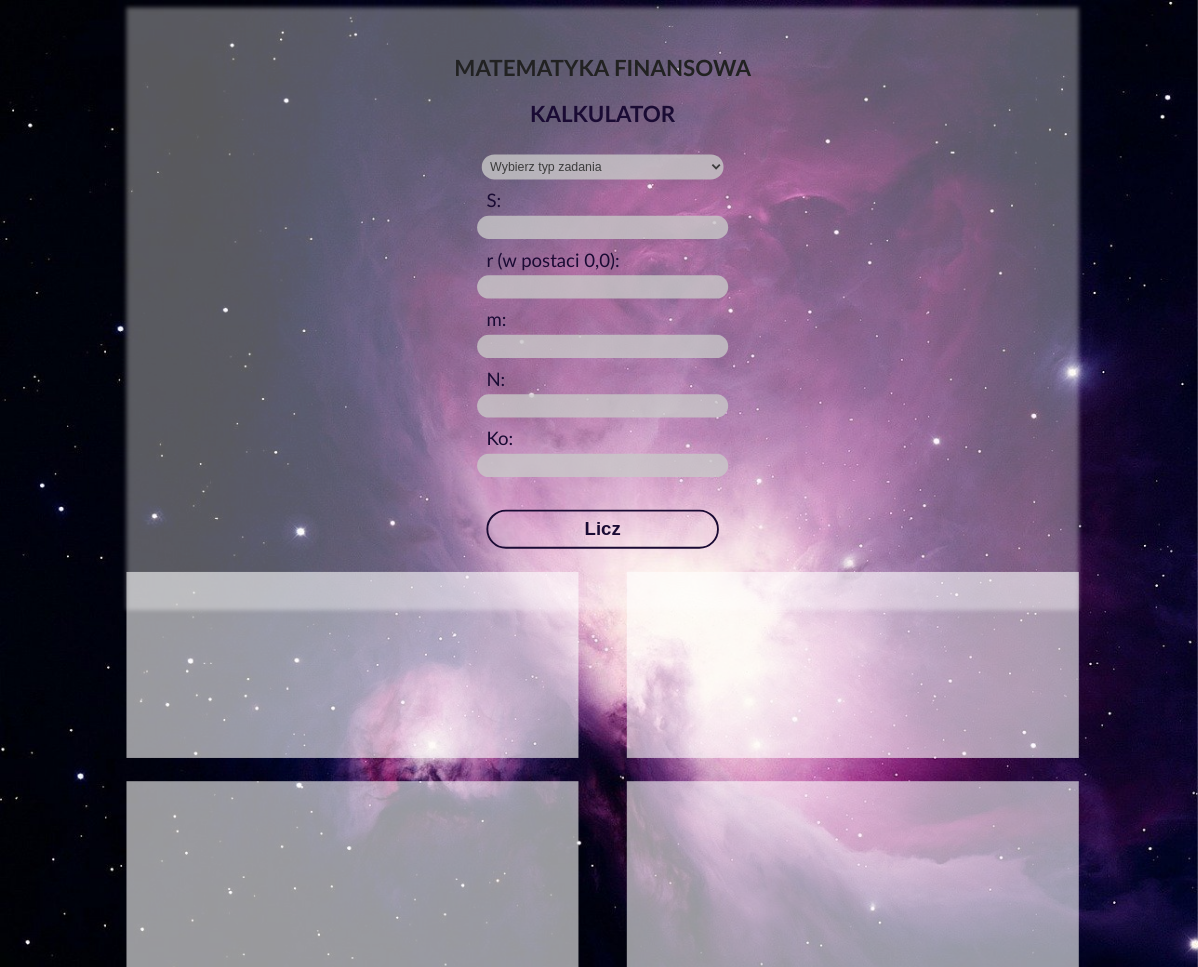
Repository: ravkita/MFCalc
Page: index.html
These files come from the project's save history. The page is drawn as it stood at one moment and after the next save; the edit follows.
The browser window is 1280 px wide. The page is 1288 px wide, so the pictures cover 1288 px, including what lies to the right of the window. The pictures show the whole page, at 93% of full size.

Above is the page before, as saved 2021-04-12 20:13:21.

### index.html
<!DOCTYPE html>
<html lang="en">
<head>
    <meta charset="UTF-8">
    <meta http-equiv="X-UA-Compatible" content="IE=edge">
    <meta name="viewport" content="width=device-width, initial-scale=1.0">
    <title>Kalkulator</title>

    <style type="text/css">
        body{
            font-family: 'Gill Sans', 'Gill Sans MT', Calibri, 'Trebuchet MS', sans-serif;
            background-image: url('bg.jpg');
            width: 100vw;
            overflow-x: hidden;
            display: flex;
            justify-content: center;
            align-items: center;
        }
        .popout{
            width: 80%;
            height: 90vh;
            position: relative;
        }
        .popout .bg{
            width: 100%;
            height: 100%;
            background: rgba(255, 255, 255, 0.35);
            filter: blur(2.55px);
            position: absolute;
            top: 0;
            left: 0;
            z-index: -1;
        }
        .header{
            width: 100%;
            display: flex;
            flex-direction: column;
            justify-content: center;
            align-items: center;
        }
        .title{
            color: #222;
            margin-top: 50px;
            margin-bottom: 10px;
        }
        .subtitle{
            margin-top: 10px;
            color: #1A0B34;
        }

        #form{
            display: flex;
            flex-direction: column;
            justify-content: center;
            align-items: center;
        }
        .formItem{
            display: flex;
            justify-content: flex-start;
            align-items: flex-start;
            flex-direction: column;
            margin-top: 10px;
        }
        select, input[type="number"]{
            width: calc(100vh/2 - 100px);
            outline: 0;
            border: 0;
            background: rgba(201, 201, 201, 0.8);
            border-radius: 20px;
            padding: 5px;
            color: #3d3d3d;
        }
        select:focus, input[type="number"]:focus{
            box-shadow: 0 4px 10px rgba(201, 201, 201, 0.35);
        }
        label{
            padding-left: 10px;
            padding-bottom: 5px;
            color: #1A0B34;
            font-size: 20px;
        }
        input[type="button"]{
            margin-top: 35px;
            background: transparent;
            width: 250px;
            border: solid 2px #1A0B34;
            color: #1A0B34;
            border-radius: 30px;
            font-size: 20px;;
            padding: 7.5px 0;
            font-weight: 600;
            outline: none;
            transition: all .3s ease-in;
        }
        input[type="button"]:hover{
            background: #1A0B34;
            color: #fff;
            cursor: pointer;
        }
        .result{
            width: 100%;
            display: flex;
            justify-content: space-between;
            align-items: center;
            flex-flow: row wrap;
        }
        .cell{
            width: 47.5%;
            min-height: 200px;
            background: rgba(255, 255, 255, 0.6);
            margin-top: 25px;
        }
    </style>
</head>
<body>
    <section class="popout">
        <div class="bg"></div>
        <header class="header">
            <h1 class="title">MATEMATYKA FINANSOWA</h1>
        <h2 class="subtitle">KALKULATOR</h2>
        </header>
        <form action="" id="form">
            <div class="formItem">
                <select name="type" id="typ">
                <option default>Wybierz typ zadania</option>
                <option value="1">zmienna rata</option>
                <option value="2">zmienne płatności</option>
                <option value="3">narastanie kapitału</option>
            </select>
            </div>
            <div class="formItem"><label for="S">S:</label> <input type="number" name="S" class="s"></div>
            <div class="formItem"><label for="r">r (w postaci 0,0):</label> <input type="number" name="r" class="r"></div>
            <div class="formItem"><label for="m">m:</label> <input type="number" name="m" class="m"></div>
            <div class="formItem"><label for="N">N:</label> <input type="number" name="N" class="N"></div>
            <div class="formItem"><label for="Ko">Ko:</label> <input type="number" name="Ko" class="Ko"></div>
            <input type="button" name="confirm" id="confirm" value="Licz">
        </form>
        <div class="result">
            <div class="cell cell-1"></div>
            <div class="cell cell-2"></div>
            <div class="cell cell-3"></div>
            <div class="cell cell-4"></div>
        </div>
    </section>
    <script type="text/javascript">
        let s;
        let r;
        let m;
        let N;
        let q;
        let a;
        let Ko;
        let Sn = [];

        // RATY


        function rataStała(){
            const el = document.createElement("p");
            let t = s/(m*N);
            el.innerText = `T: ${t}`;
            document.querySelector('.cell-1').appendChild(el);
        }
        function rataZmienna(){
            let tn = [];
            let sumaTn = 0;
                for(let i = 1; i<=N*m; i++){
                    const el = document.createElement("p");
                    tn[i-1] = s*((Math.pow(q, i) - Math.pow(q, i-1))/(Math.pow(q, m*N) - 1));
                    sumaTn += tn[i-1];
                    el.innerText = `T${i}: ${tn[i-1]}`;
                    document.querySelector('.cell-1').appendChild(el);
                }
                const suma = document.createElement("p");
            suma.innerText = `Suma rat: ${sumaTn}`;
            document.querySelector('.cell-1').appendChild(suma);
        }

        //KWOTA PŁATNOŚCI

        function kwotaPlatnosciStala(){
            const el = document.createElement("p");
            a = s*Math.pow(q, m*N)*((q-1)/(Math.pow(q, m*N)-1));
            el.innerText = `A: ${a}`;
            document.querySelector('.cell-2').appendChild(el);
        }
        function kwotaPlatnosciZmienna(){
            for(let i = 1; i<=N*m; i++){
                const el = document.createElement("p");
                let an = (s/(N*m))*[1+((N*m)-i+1)*(r/m)];
                el.innerText = `A${i}: ${an}`;
                document.querySelector('.cell-2').appendChild(el);
            }
        }

        // ODSETKI
        function odsetkiPrzyStalejRacie(){
            let sumaOs = 0;
            for(let i = 1; i<=N*m; i++){
                const el = document.createElement("p");
                let On = s*[1-((i-1)/(N*m))]*(r/m);
                sumaOs += On;
                el.innerText = `O${i}: ${On}`;
                document.querySelector('.cell-3').appendChild(el);
            }
            const suma = document.createElement("p");
            suma.innerText = `Suma odsetek: ${sumaOs}`;
            document.querySelector('.cell-3').appendChild(suma);
        }

        function odsetkiPrzyStalejKwocie(){
            saldoPrzyStałejKwocie();
            let On
            let sumaO = 0;
            for(let i = 1; i<=N*m; i++){
                const el = document.createElement("p");
                if(i === 1){
                     On = s*(r/m);
                     sumaO += On;
                }else{
                     On = Sn[i-2]*(r/m);
                     sumaO += On;
                }

                el.innerText = `O${i}: ${On}`;
                document.querySelector('.cell-3').appendChild(el);
            }
            const suma = document.createElement("p");
            suma.innerText = `Suma odsetek: ${sumaO}`;
            document.querySelector('.cell-3').appendChild(suma);
        }


        //SALDO
        function saldoPrzyStałejKwocie(){
            kwotaPlatnosciStala();
            for(let i = 1; i<=N*m; i++){
                const el = document.createElement("p");
                Sn[i-1] = s*(Math.pow((1+(r/m)), i)) - a*((Math.pow((1+(r/m)), i)-1)/((1+(r/m))-1));
                el.innerText = `S${i}: ${Sn[i-1]}`;
                document.querySelector('.cell-4').appendChild(el);
            }
        }

        function saldoPrzyStałejRacie(){
            for(let i = 1; i<=N*m; i++){
                const el = document.createElement("p");
                let SnS = s*(1-(i/(N*m)));
                el.innerText = `S${i}: ${SnS}`;
                document.querySelector('.cell-4').appendChild(el);
            }
        }


        //NARASTANIE KAPITAŁU

        function narastanieKapitału(){
            for(let i = 1; i<=N; i++){
                const el = document.createElement("p");
                let Kn = Ko*(Math.pow((1+(r/m)), i*m));
                el.innerText = `K${i}: ${Kn}`;
                document.querySelector('.cell-1').appendChild(el);
            }
        }



        function getData(){
            document.getElementById('confirm').addEventListener('click', (e) =>{
                s = document.querySelector('.s').value;
                r = document.querySelector('.r').value;
                m = document.querySelector('.m').value;
                N = document.querySelector('.N').value;
                Ko = document.querySelector('.Ko').value;
                q = 1+(r/m);
                let type = document.querySelector('#typ').value;
                document.querySelector('.result').innerHTML="";

                switch (type){
                    case "1":
                    rataZmienna();
                    kwotaPlatnosciStala();
                    odsetkiPrzyStalejKwocie()
                    break;
                    case "2":
                    rataStała();
                    kwotaPlatnosciZmienna();
                    odsetkiPrzyStalejRacie();
                    saldoPrzyStałejRacie();
                    break;
                    case "3":
                    narastanieKapitału();
                }
            });
        }
        getData();
    </script>
</body>
</html>

After the next save:
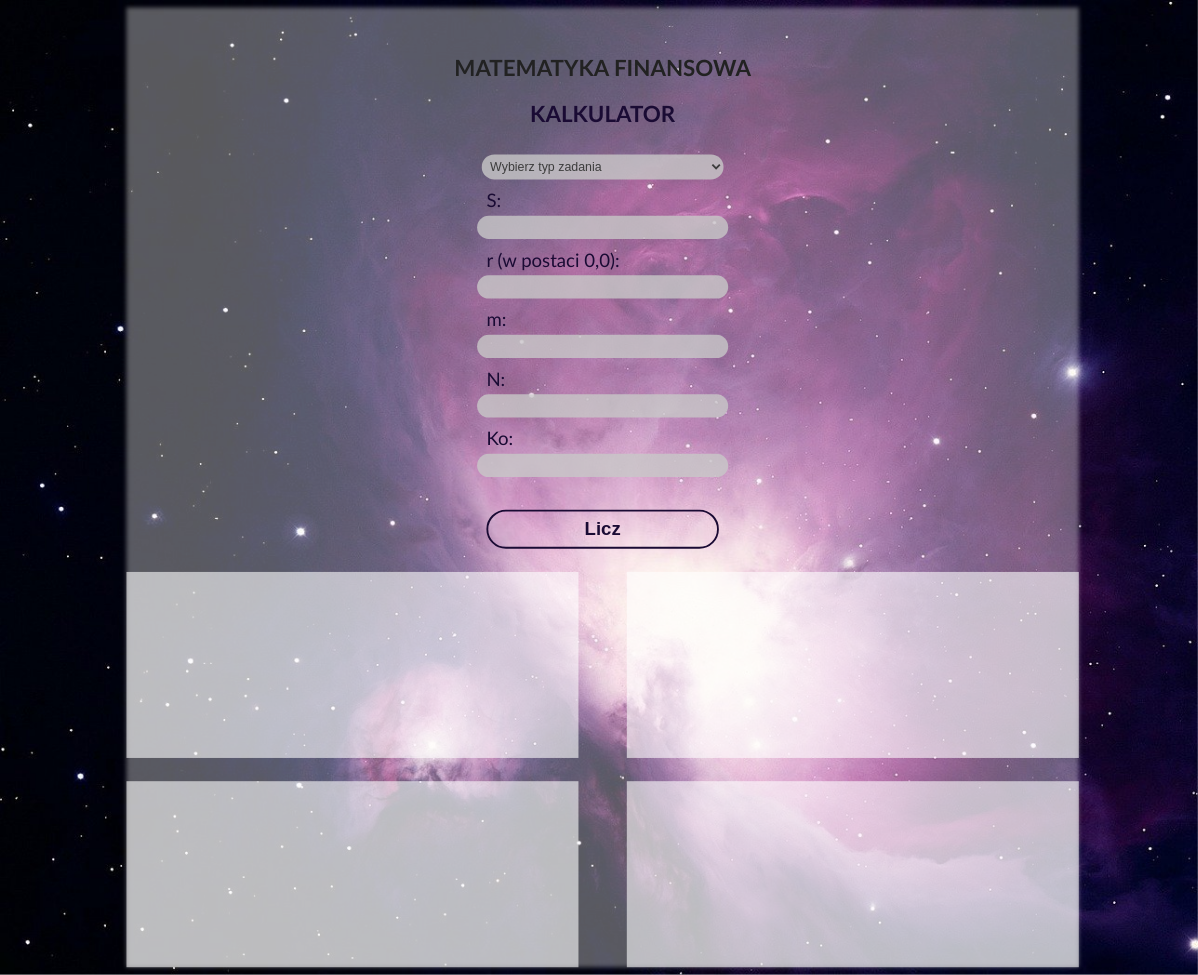
Saved 27 s later.
--- a/index.html
+++ b/index.html
@@ -18,7 +18,7 @@
         }
         .popout{
             width: 80%;
-            height: 90vh;
+            height: 100%;
             position: relative;
         }
         .popout .bg{
